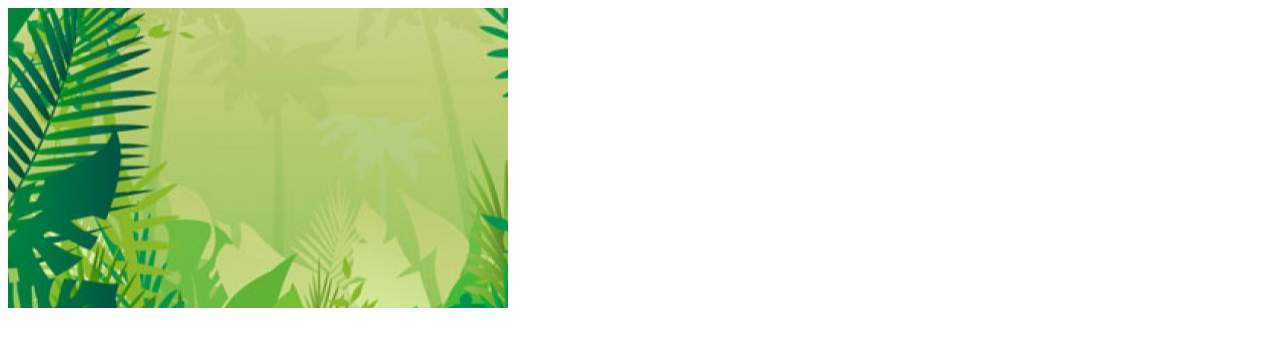
Repository: RathipriyaChandrasekaran/dotlite
Page: ConnectDots/animals.html
The author's editor kept a copy of each file at every save. The page is drawn from the files as they stood at one save, then again after the next save.
The browser window is 1280 px wide. The pictures show the whole page.

Above is the page before, as saved 2014-12-14 20:36:56.

After the next save:
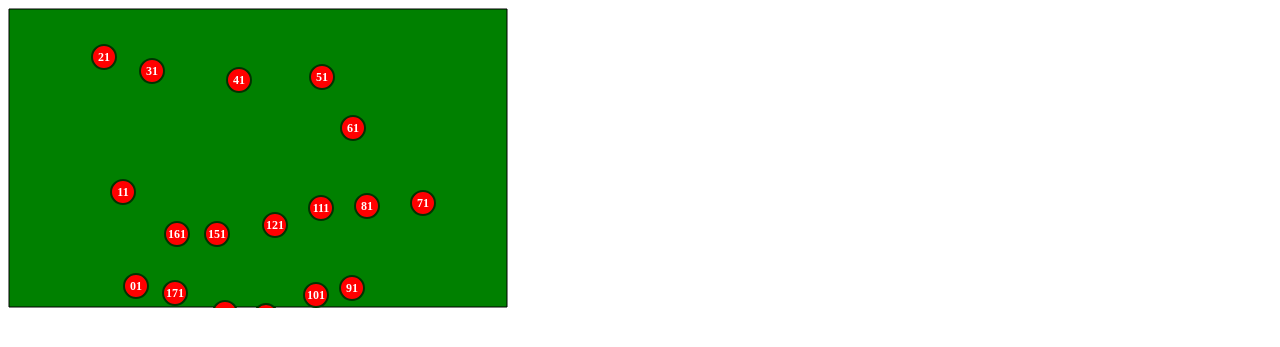
Saved 97 s later.
--- a/ConnectDots/animals.html
+++ b/ConnectDots/animals.html
@@ -34,30 +34,12 @@
 
              context.beginPath();
              context.rect(1, 1, width-2, height-2);
+             context.fillStyle= 'green';
              context.fill();
              context.lineWidth = 1;
              context.strokeStyle = 'black';
              context.stroke();
 
-             function loadCanvas(dataURL, _cb) {
-
-                 // load image from data url
-                 var imageObj = new Image();
-                 imageObj.onload = function() {
-                     var imgWidth = this.width;
-                     var imgHeight = this.height;
-                     var posX = (width - imgWidth)/2;
-                     var posY = (height - imgHeight)/2;
-                     context.drawImage(this, -5, posY + 10);
-                     if (_cb) _cb();
-                 };
-
-                 imageObj.src = dataURL;
-             }
-
-            loadCanvas("images/jungle.png", function() {
-
-            });
              function drawCircle(point, text) {
                context.beginPath();
                context.arc(point.x, point.y, radius, 0, 2 * Math.PI, false);
